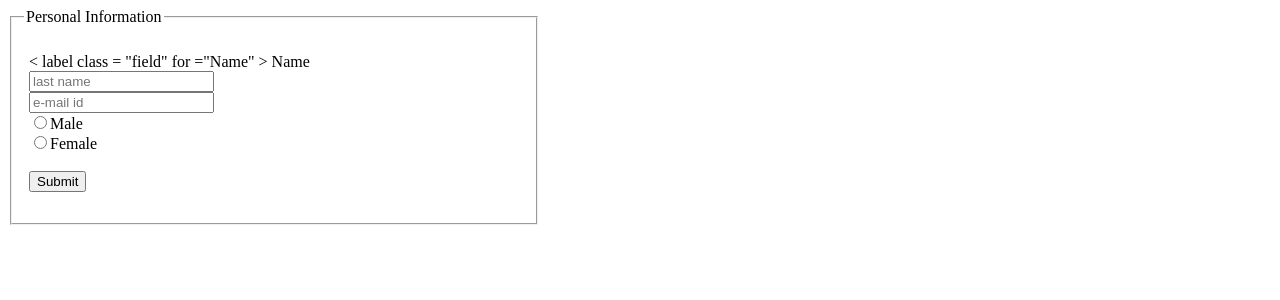
Repository: sauran/SapientTraining
Page: DemoProject/WebContent/Signup.html
The author's editor kept a copy of each file at every save. The page is drawn from the files as they stood at one save, then again after the next save.
The browser window is 1280 px wide. The pictures show the whole page.

Above is the page before, as saved 2015-09-15 10:21:01.

After the next save:
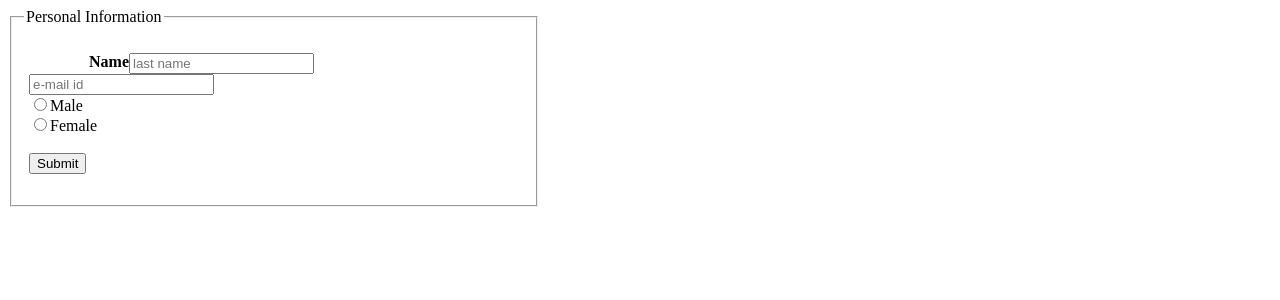
Saved 49 s later.
--- a/DemoProject/WebContent/Signup.html
+++ b/DemoProject/WebContent/Signup.html
@@ -38,7 +38,7 @@
 
 <fieldset >
 <legend> Personal Information</legend>
-<p>< label class = "field"  for ="Name" > Name  </label><br>
+<p><label  class = "field" for = "Name"> Name    </label>
 <input type = "text" name= "LastName" placeholder= "last name"><br>
 <input type = "text" name= "e-mail id " placeholder= "e-mail id"><br>
 <input type="radio" name="sex" value="male" >Male
